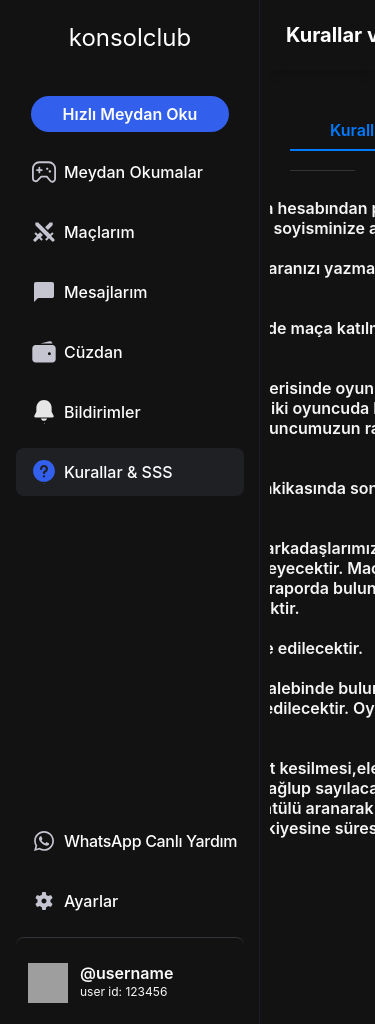
Repository: guneyhasan/kcfe
Page: /kurallar-ve-sss
These files come from the project's save history. The page is drawn as it stood at one moment and after the next save; the edit follows.
The browser window is 375 px wide. The pictures show the whole page.
Pictures or frames that could not be fetched are drawn as grey boxes. The project was rebuilt for these pictures with package versions that can differ from the ones it lists, and the page was loaded fresh each time. Also part of the build but not shown: src/utils/imageCompression.js, src/services/api.js, src/Pages/LandingPage/LandingPage.jsx, src/Pages/RegisterPage/RegisterPage.jsx, src/Pages/PasswordPages/ForgotPasswordPage/ForgotPasswordPage.jsx, src/Pages/PasswordPages/SetNewPasswordPage/SetNewPasswordPage.jsx, src/Pages/PasswordPages/PasswordResetPage/PasswordResetSuccesfulPage.jsx, src/Pages/EmailConfirmationPage/EmailConfirmationPage.jsx and 17 more.

Above is the page before, as saved 2025-03-09 09:39:13.

### src/App.jsx
import { BrowserRouter as Router, Routes, Route, Navigate } from 'react-router-dom';
import { GoogleOAuthProvider } from '@react-oauth/google';
import LandingPage from './Pages/LandingPage/LandingPage';
import RegisterPage from './Pages/RegisterPage/RegisterPage';
import ForgotPasswordPage from './Pages/PasswordPages/ForgotPasswordPage/ForgotPasswordPage';
import SetNewPasswordPage from './Pages/PasswordPages/SetNewPasswordPage/SetNewPasswordPage';
import PasswordResetSuccesfulPage from './Pages/PasswordPages/PasswordResetPage/PasswordResetSuccesfulPage';
import EmailConfirmationPage from './Pages/EmailConfirmationPage/EmailConfirmationPage';
import MainDashboard from './Pages/MainDashboard/MainDashboard';
import MeydanOkumalar from './Pages/MeydanOkumalar/MeydanOkumalar';
import PrivateRoute from './components/PrivateRoute';
import MatchesPage from './Pages/Matches/Matches';
import SalonPage from './Pages/SalonPage/Salon';
import HizliMeydanOkuPage from './Pages/HizliMeydanOkuPage/HizliMeydanOku';
import RulesAndFAQPage from './Pages/RulesAndFAQPage/RulesAndFAQPage';
import { ToastContainer } from 'react-toastify';
import 'react-toastify/dist/ReactToastify.css';

function App() {
  // Google Cloud Console'dan aldığınız Client ID'yi buraya ekleyin
  const GOOGLE_CLIENT_ID = "YOUR_GOOGLE_CLIENT_ID";

  return (
    <div>
      <ToastContainer position="top-right" autoClose={3000} />
      <GoogleOAuthProvider clientId={GOOGLE_CLIENT_ID}>
        <Router>
          <Routes>
            {/* Ana sayfa yönlendirmesi */}
            <Route path="/" element={<LandingPage/>} />
            <Route path="/salon" element={<SalonPage/>} />

            {/* Diğer sayfalar */}
            <Route path="/register" element={<RegisterPage />} />
            <Route path="/forgot-password" element={<ForgotPasswordPage />} />
            <Route path="/reset-password" element={<SetNewPasswordPage />} />
            <Route path="/reset-success" element={<PasswordResetSuccesfulPage />} />
            <Route path="/email-confirmation" element={<EmailConfirmationPage />} />
            <Route path="/dashboard" element={<MainDashboard />} />
            <Route path="/meydanokumalar" element={
              <PrivateRoute>
                <MeydanOkumalar />
              </PrivateRoute>
            } />
            <Route path="/matches" element={
              <PrivateRoute>
                <MatchesPage />
              </PrivateRoute>
            } />
            <Route path="/salon/:matchId" element={
              <PrivateRoute>
                <SalonPage />
              </PrivateRoute>
            } />
            <Route path="/hizlimeydanoku" element={
              <PrivateRoute>
                <HizliMeydanOkuPage />
              </PrivateRoute>
            } />
            <Route path="/kurallar-ve-sss" element={<RulesAndFAQPage />} />
          </Routes>
        </Router>
      </GoogleOAuthProvider>
    </div>
  );
}

export default App;

### src/Pages/PasswordPages/PasswordResetPage/PasswordResetSuccesfulPage.module.css
/* Apply Inter font to all elements */
* {
    font-family: 'Inter', sans-serif;
    font-weight: 400; /* Regular weight */
}

/* Font weight helpers */
.fontWeight500 {
    font-weight: 500 !important;
}

.fontWeight600 {
    font-weight: 600 !important;
}

.fontWeight700 {
    font-weight: 700 !important;
}

/* Elements that need specific font weights */
.text,
.text2,
.loginButton,
.signupHeaderButton {
    font-weight: 600;
}

.loginHeaderButton {
    font-weight: 500;
}

.vectorIcon {
    width: 120px;
    position: relative;
    height: 18px;
}
.logoSvg {
    height: 36px;
    overflow: hidden;
    display: flex;
    flex-direction: column;
    align-items: flex-start;
    justify-content: center;
    padding: 0px 10px;
    box-sizing: border-box;
    cursor: pointer;
}
.text {
    position: relative;
    line-height: 24px;
}
.buttonBase {
    border-radius: 8px;
    overflow: hidden;
    display: flex;
    flex-direction: row;
    align-items: center;
    justify-content: center;
    padding: 10px 18px;
}
.textButton {
    border-radius: 8px;
    display: flex;
    flex-direction: row;
    align-items: flex-start;
    justify-content: flex-start;
}
.buttonBase1 {
    box-shadow: 0px 1px 2px rgba(10, 13, 18, 0.05);
    border-radius: 8px;
    background-color: #325feb;
    overflow: hidden;
    display: flex;
    flex-direction: row;
    align-items: center;
    justify-content: center;
    padding: 10px 18px;
}
.textButtonParent {
    display: flex;
    flex-direction: row;
    align-items: center;
    justify-content: flex-start;
    gap: 10px;
}
.landingPageHeader {
    width: 1440px;
    background-color: #121212;
    height: 80px;
    display: flex;
    flex-direction: row;
    align-items: center;
    justify-content: space-between;
    padding: 20px;
    box-sizing: border-box;
}
.image1Icon {
    width: 74px;
    position: relative;
    border-radius: 20px;
    height: 74px;
    object-fit: cover;
}
.text2 {
    align-self: stretch;
    position: relative;
    line-height: 38px;
}
.textAndSupportingText {
    align-self: stretch;
    display: flex;
    flex-direction: column;
    align-items: flex-start;
    justify-content: flex-start;
}
.header {
    align-self: stretch;
    display: flex;
    flex-direction: column;
    align-items: center;
    justify-content: flex-start;
    gap: 24px;
}
.buttonBase2 {
    flex: 1;
    box-shadow: 0px 1px 2px rgba(10, 13, 18, 0.05);
    border-radius: 8px;
    background-color: #325feb;
    overflow: hidden;
    display: flex;
    flex-direction: row;
    align-items: center;
    justify-content: center;
    padding: 10px 18px;
}
.buttonL1 {
    align-self: stretch;
    border-radius: 8px;
    display: flex;
    flex-direction: row;
    align-items: flex-start;
    justify-content: flex-start;
}
.content1 {
    align-self: stretch;
    border-radius: 12px;
    display: flex;
    flex-direction: column;
    align-items: center;
    justify-content: flex-start;
    text-align: left;
    font-size: 16px;
    color: #fff;
}
.content {
    width: 400px;
    border-radius: 16px;
    background-color: rgba(1, 1, 1, 0.8);
    border: 1px solid #414651;
    box-sizing: border-box;
    display: flex;
    flex-direction: column;
    align-items: center;
    justify-content: flex-start;
    padding: 24px;
    gap: 32px;
}
.container {
    width: 1200px;
    overflow: hidden;
    display: flex;
    flex-direction: row;
    align-items: flex-start;
    justify-content: center;
    padding: 50px 0px;
    box-sizing: border-box;
    z-index: 0;
}
.section1Child {
    width: 711px;
    position: absolute;
    margin: 0 !important;
    top: 382px;
    left: 949.5px;
    filter: blur(200px);
    border-radius: 50%;
    background-color: rgba(0, 71, 255, 0.25);
    height: 711px;
    z-index: 1;
}
.section1 {
    width: 1437px;
    flex: 1;
    background-color: #000;
    display: flex;
    flex-direction: column;
    align-items: flex-start;
    justify-content: flex-start;
    padding: 50px 119px 100px;
    box-sizing: border-box;
    position: relative;
    gap: 10px;
    text-align: center;
    font-size: 30px;
    color: #fafafa;
}
.ifremiUnuttum {
    width: 100%;
    position: relative;
    background-color: #121212;
    height: 806px;
    overflow: hidden;
    display: flex;
    flex-direction: column;
    align-items: center;
    justify-content: flex-start;
    text-align: left;
    font-size: 16px;
    color: #fff;
}
.loginHeaderButton {
    background: transparent;
    border: none;
    color: white;
    font-size: 16px;
    cursor: pointer;
    padding: 8px 16px;
    transition: all 0.2s;
}
.loginHeaderButton:hover {
    opacity: 0.8;
    text-decoration: underline;
}
.signupHeaderButton {
    background: rgb(37, 99, 235);
    border: none;
    color: white;
    font-size: 16px;
    cursor: pointer;
    padding: 18px 24px;
    border-radius: 8px;
    transition: all 0.2s;
}
.signupHeaderButton:hover {
    background: rgb(29, 78, 216);
}
.loginButton {
    width: 100%;
    padding: 20px;
    background: rgb(37, 99, 235);
    color: white;
    border: none;
    border-radius: 8px;
    font-size: 16px;
    cursor: pointer;
    display: flex;
    align-items: center;
    justify-content: center;
    transition: background-color 0.2s;
}
.loginButton:hover {
    background: rgb(29, 78, 216);
}
.loginButton:disabled {
    background: rgba(37, 99, 235, 0.5);
    cursor: not-allowed;
}

### src/Pages/MainDashboard/MainDashboard.module.css
/* Apply Inter font to all elements */
* {
    font-family: 'Inter', sans-serif;
    font-weight: 400; /* Regular weight */
}

/* Font weight helpers */
.fontWeight500 {
    font-weight: 500 !important;
}

.fontWeight600 {
    font-weight: 600 !important;
}

.fontWeight700 {
    font-weight: 700 !important;
}

/* Elements that need specific font weights */
h1, h3 {
    font-weight: 600;
}

.username, .logoutButton {
    font-weight: 500;
}

.statCard p {
    font-weight: 600;
}

.dashboard {
    min-height: 100vh;
    background-color: #1a1a1a;
    color: white;
}

.header {
    display: flex;
    justify-content: space-between;
    align-items: center;
    padding: 1rem 2rem;
    background-color: #2a2a2a;
    box-shadow: 0 2px 4px rgba(0, 0, 0, 0.2);
}

.logo {
    height: 40px;
}

.userSection {
    display: flex;
    align-items: center;
    gap: 1rem;
}

.logoutButton {
    padding: 0.5rem 1rem;
    background-color: #ff4d4f;
    color: white;
    border: none;
    border-radius: 4px;
    cursor: pointer;
    transition: background-color 0.3s;
}

.logoutButton:hover {
    background-color: #ff7875;
}

.content {
    padding: 2rem;
    max-width: 1200px;
    margin: 0 auto;
}

.welcomeCard {
    background-color: #2a2a2a;
    padding: 2rem;
    border-radius: 8px;
    margin-bottom: 2rem;
    text-align: center;
}

.statsContainer {
    display: grid;
    grid-template-columns: repeat(auto-fit, minmax(250px, 1fr));
    gap: 1rem;
}

.statCard {
    background-color: #2a2a2a;
    padding: 1.5rem;
    border-radius: 8px;
    text-align: center;
}

.statCard h3 {
    color: #888;
    margin-bottom: 0.5rem;
}

.statCard p {
    font-size: 1.5rem;
    color: #fff;
}

.username {
    color: #fff;
    font-size: 1rem;
}

### src/Pages/PageHeader/PageHeader.jsx
import React, { useEffect, useState } from 'react';
import styles from './PageHeader.module.css';
import { useNavigate } from 'react-router-dom';

function PageHeader({
  onButonContainerClick,
  headerTitle = "Oyunlar"
}) {
  const navigate = useNavigate();
  const [userData, setUserData] = useState({
    username: "@username",
    avatarSrc: "avatar.png",
    bakiye: "- TL"
  });

  useEffect(() => {
    // Kullanıcı bilgilerini localStorage'dan al
    const user = JSON.parse(localStorage.getItem('user') || '{}');
    if (user) {
      setUserData({
        username: user.username || "@username",
        avatarSrc: user.avatarUrl || "avatar.png",
        bakiye: user.balance ? `${user.balance} TL` : "- TL"
      });
    }
  }, []);

  const handleProfileClick = () => {
    if (onButonContainerClick) {
      onButonContainerClick();
    } else {
      // Profil sayfasına yönlendir
      navigate('/dashboard');
    }
  };

  return (
    <div className={styles.landingPageHeader}>
      <div className={styles.oyunlarWrapper}>
        <b className={styles.logo}>{headerTitle}</b>
      </div>
      <div className={styles.frameParent}>
        <div
          className={styles.bakiye250TlWrapper}
          onClick={handleProfileClick}
        >
          <div className={styles.bakiye250Tl}>Bakiye: {userData.bakiye}</div>
        </div>
        <div
          className={styles.userTopBar}
          onClick={handleProfileClick}
        >
          <img
            className={styles.avatarIcon}
            alt=""
            src={userData.avatarSrc}
          />
          <div className={styles.username1}>{userData.username}</div>
        </div>
      </div>
    </div>
  );
}

export default PageHeader;

### src/Pages/SideBar/Sidebar.module.css
.navLinkssidebarOne {
    width: 260px;
    background-color: #121212;
    border-right: 1px solid #181d27;
    box-sizing: border-box;
    height: 1024px;
    overflow: hidden;
    flex-shrink: 0;
    display: flex;
    flex-direction: row;
    align-items: center;
    justify-content: flex-start;
    padding: 0px 16px;
}

.topContentParent {
    flex: 1;
    display: flex;
    flex-direction: column;
    align-items: center;
    justify-content: flex-start;
    gap: 288px;
}

.topContent {
    align-self: stretch;
    height: 532px;
    display: flex;
    flex-direction: column;
    align-items: center;
    justify-content: flex-start;
    padding: 26px 0px 0px;
    box-sizing: border-box;
    gap: 44px;
}

.logo {
    position: relative;
}

.butonParent {
    height: 421px;
    display: flex;
    flex-direction: column;
    align-items: center;
    justify-content: flex-start;
    gap: 16px;
    font-size: 16px;
    color: #f5f5f5;
    font-family: Inter;
}

.buton {
    border-radius: 100px;
    background:  #325feb;
    display: flex;
    flex-direction: row;
    align-items: center;
    justify-content: center;
    padding: 8px 32px;
    cursor: pointer;
}

.hzlMeydanOku {
    position: relative;
    font-weight: 600;
    color: #fdfdfd;
}

.navLinks {
    display: flex;
    flex-direction: column;
    align-items: flex-start;
    justify-content: flex-start;
    gap: 12px;
    color: #c4c5d0;
}

.navLinks1 {
    width: 228px;
    position: relative;
    border-radius: 8px;
    background-color: #1e2024;
    height: 48px;
    overflow: hidden;
    flex-shrink: 0;
    color: #fdfdfd;
    font-size: 16px;
    border: none;
    outline: none;
    -webkit-appearance: none;
    -moz-appearance: none;
    appearance: none;
}

.navLinks2 {
    width: 228px;
    position: relative;
    border-radius: 8px;
    background-color: #121212;
    height: 48px;
    overflow: hidden;
    flex-shrink: 0;
    color: #fdfdfd;
    font-size: 16px;
    cursor: pointer;
    border: none;
    outline: none;
    -webkit-appearance: none;
    -moz-appearance: none;
    appearance: none;
}

.proiconsgamedefault {
    position: absolute;
    top: 12px;
    left: 16px;
    width: 24px;
    height: 24px;
    overflow: hidden;
}

.malarm {
    position: absolute;
    top: 14px;
    left: 48px;
    font-weight: 500;
}

.mdimessageIcon {
    position: absolute;
    top: 12px;
    left: 16px;
    width: 24px;
    height: 24px;
}

.navLinksParent {
    align-self: stretch;
    height: 210px;
    overflow: hidden;
    flex-shrink: 0;
    display: flex;
    flex-direction: column;
    align-items: flex-start;
    justify-content: flex-start;
    gap: 12px;
    font-size: 16px;
    color: #c4c5d0;
    font-family: Inter;
}

.navLinks7 {
    align-self: stretch;
    position: relative;
    border-radius: 8px;
    background-color: #121212;
    color: #fdfdfd;
    font-size: 16px;
    height: 48px;
    overflow: hidden;
    flex-shrink: 0;
    border: none;
    outline: none;
}

.navLinks7:hover {
    background-color: #2a2a2a;
}

.canlYardm {
    position: absolute;
    top: 14px;
    left: 48px;
    letter-spacing: -0.02em;
    font-weight: 500;
}

.navLinks9 {
    align-self: stretch;
    position: relative;
    border-radius: 8px;
    background-color: #121212;
    border-top: 1px solid #323339;
    box-sizing: border-box;
    height: 91px;
    overflow: hidden;
    flex-shrink: 0;
    color: #fafafa;
}

.userAvatar {
    position: absolute;
    top: 25px;
    left: 12px;
    display: flex;
    flex-direction: row;
    align-items: center;
    justify-content: flex-start;
    gap: 12px;
}

.avatarSingleIcon {
    width: 40px;
    position: relative;
    height: 40px;
    object-fit: cover;
}

.text {
    width: 132px;
    position: relative;
    height: 36px;
}

.username {
    position: absolute;
    top: 0px;
    left: 0px;
    line-height: 100%;
    font-weight: 600;
}

.userId123456 {
    position: absolute;
    top: 18px;
    left: 0px;
    font-size: 12px;
    line-height: 150%;
}
.navLinks1:hover,
.navLinks2:hover {
    background-color: #2a2a2a;
}

### src/Pages/PageHeader/PageHeader.module.css
.oyunlar {
  position: relative;
}
.oyunlarWrapper {
  min-width: 304px;
  width: auto;
  display: flex;
  flex-direction: row;
  align-items: center;
  justify-content: flex-start;
}
.bakiye250Tl {
  position: relative;
  line-height: 120%;
  font-weight: 600;
}
.bakiye250TlWrapper {
  border-radius: 10px;
  background-color: #0829ae;
  height: 48px;
  display: flex;
  flex-direction: row;
  align-items: center;
  justify-content: center;
  padding: 8px 16px;
  box-sizing: border-box;
  cursor: pointer;
  transition: background-color 0.3s;
}
.bakiye250TlWrapper:hover {
  background-color: #0622a0;
}
.avatarIcon {
  width: 48px;
  position: relative;
  border-radius: 50%;
  height: 48px;
  object-fit: cover;
  border: 2px solid #0829ae;
}
.username1 {
  width: 100px;
  position: relative;
  line-height: 120%;
  font-weight: 600;
  display: flex;
  align-items: center;
  flex-shrink: 0;
}
.userTopBar {
  display: flex;
  flex-direction: row;
  align-items: center;
  justify-content: center;
  gap: 8px;
  cursor: pointer;
  transition: opacity 0.3s;
}
.userTopBar:hover {
  opacity: 0.9;
}
.frameParent {
  display: flex;
  flex-direction: row;
  align-items: center;
  justify-content: flex-start;
  gap: 16px;
  text-align: right;
  font-size: 16px;
  color: #f2f5ff;
}
.landingPageHeader {
  width: 100%;
  position: relative;
  background-color: #121212;
  height: 80px;
  display: flex;
  flex-direction: row;
  align-items: center;
  justify-content: space-between;
  padding: 20px;
  box-sizing: border-box;
  text-align: left;
  font-size: 22px;
  color: #fff;
  font-family: Inter, sans-serif;
  box-shadow: 0 2px 10px rgba(0, 0, 0, 0.2);
}

.logo {
  position: relative;
  white-space: nowrap;
  font-size: 24px;
  color: #fff;
  font-weight: bold;
}

/* Responsive tasarım için medya sorguları */
@media screen and (max-width: 768px) {
  .landingPageHeader {
    padding: 16px;
    height: 70px;
  }

  .logo {
    font-size: 20px;
  }

  .bakiye250TlWrapper {
    height: 40px;
    padding: 6px 12px;
  }

  .avatarIcon {
    width: 40px;
    height: 40px;
  }

  .frameParent {
    gap: 10px;
  }
}

@media screen and (max-width: 480px) {
  .bakiye250Tl {
    font-size: 14px;
  }

  .username1 {
    width: 80px;
    font-size: 14px;
  }

  .oyunlarWrapper {
    min-width: auto;
  }
}

### src/Pages/MatchTable/MatchTable.module.css
/* Apply Inter font to all elements */
* {
    font-family: 'Inter', sans-serif;
    font-weight: 400; /* Regular weight */
}

/* Font weight helpers */
.fontWeight500 {
    font-weight: 500 !important;
}

.fontWeight600 {
    font-weight: 600 !important;
}

.fontWeight700 {
    font-weight: 700 !important;
}

/* Elements that need specific font weights */
.username, .headMeydanOkumalar, .istekGonder {
    font-weight: 600;
}

.kullaniciBilgi, .oyunBilgi, .katilimUcreti, .odul {
    font-weight: 500;
}

/* Tabloyu "Meydan Okumalar" başlığının hemen altından başlat */
.tabloMaTekliflerim {
  display: flex;
  flex-direction: column;
  width: 100%;
  background: #111;
  color: white;
  padding: 20px;
  border-radius: 8px;
  margin-top: 10px; /* Başlık ile arayı aç */
  font-size: 14px; /* Varsayılan font boyutu */
  max-height: 450px; /* Maksimum yüksekliği artırın */
  overflow-y: auto;
  -ms-overflow-style: none;  /* Internet Explorer ve Edge */
  scrollbar-width: none;  /* Firefox */
}

.tabloMaTekliflerim::-webkit-scrollbar {
  display: none; /* Webkit tabanlı tarayıcılarda kaydırma çubuğunu gizler */
}

/* Başlıkları (Kullanıcı, Oyun, Ödül vs.) düzelterek hizala */
.headMeydanOkumalar {
  display: flex;
  justify-content: space-between;
  align-items: center; /* Üst üste binmeyi önlemek için */
  padding: 10px;
  border-bottom: 2px solid #333;
  width: 100%;
  text-align: center;
  font-size: 14px; /* Başlık font boyutu */
}

/* Her sütunun eşit genişlikte olmasını sağla */
.kullaniciBilgi, .oyunBilgi, .katilimUcreti, .odul, .aksiyon {
  flex: 1;
  display: flex;
  align-items: center;
  justify-content: center;
  font-size: 14px; /* Hücre font boyutu */
}

/* Kullanıcı sütununa daha fazla alan ayır */
.kullaniciBilgi {
  flex: 1.5;
  justify-content: flex-start;
  padding-left: 10px;
}

/* Oyun sütununa daha fazla alan ayır */
.oyunBilgi {
  flex: 1.5;
}

/* Aksiyon sütunu için butonların görünmesini sağla */
.aksiyon {
  flex: 1;
}

/* Satırları yan yana sıralamak için */
.rowMeydanOkumalar {
  display: flex;
  flex-direction: row; /* Yatay hizalama */
  align-items: center;
  justify-content: space-between;
  padding: 10px;
  border-bottom: 1px solid #222;
  width: 100%;
  margin-bottom: 10px; /* Alt boşluk ekleyin */
  font-size: 14px; /* Satır font boyutu */
}

/* Kullanıcı bilgisi ve avatar */
.kullaniciBilgi {
  display: flex;
  flex-direction: row;
  align-items: center;
  gap: 10px;
}

/* Avatar resmi */
.avatar {
  width: 40px;
  height: 40px;
  border-radius: 50%;
  object-fit: cover;
}

/* Avatar icon - style that matches other components */
.avatarIcon {
  width: 40px;
  height: 40px;
  border-radius: 200px;
  object-fit: cover;
}

/* Oyun ve platform bilgisi */
.oyunPlatform {
  display: flex;
  flex-direction: row;
  align-items: center;
  gap: 8px;
  justify-content: center;
}

.gameNameSpan {
  color: white;
  font-weight: 500;
}

/* Platform bilgisi için mavi kutucuk */
.platformContainer {
  display: flex;
  align-items: center;
  background-color: #1D367799;
  padding: 6px 12px;
  border-radius: 25px;
}

/* Xbox platformu için özel arkaplan rengi */
.xboxContainer {
  background-color: #7BEB4736;
}

.platformContainer img {
  width: 20px;
  height: 20px;
  margin-right: 8px;
}

.platformContainer span {
  color: white;
  font-weight: 500;
}

/* Katılım ücreti ve ödül */
.katilimUcreti {
  font-weight: bold;
  color: white;
}

.odul {
  font-weight: bold;
  color: #60a408;
}

/* Buton */
.istekGonder {
  background:#325feb;
  color: white;
  padding: 8px 16px;
  border: none;
  border-radius: 5px;
  cursor: pointer;
  text-align: center;
  font-size: 14px; /* Buton font boyutu */
}

.istekGonder:hover {
  background: #1f3d96;
}

.istekGonderMobile {
    /* Mobil için daha küçük buton boyutlandırması */
    font-size: 0.75rem;
    padding: 4px 8px;
    width: auto;
    min-width: 70px;
    max-width: 90px;
}

@media (max-width: 480px) {
    .istekGonderMobile {
        font-size: 0.7rem;
        padding: 3px 6px;
        min-width: 60px;
        max-width: 80px;
    }
}

.oyunPlatformMobile {
    /* Mevcut stilleriniz */
    flex-direction: column;
    align-items: center; /* Merkeze hizalama */
    gap: 4px;
    text-align: center; /* Tüm metinleri ortala */
}

.oyunPlatformMobile .gameNameSpan {
    margin-bottom: 4px;
    display: block; /* Tam genişlikte olması için */
    width: 100%;
    text-align: center; /* Oyun adını ortala */
    font-size: 0.78rem; /* Increased from 0.65rem */
}

.oyunPlatformMobile .platformContainer {
    display: flex;
    justify-content: center; /* İçeriği yatayda ortala */
    align-items: center;
    margin-top: 2px;
    width: 100%; /* Tam genişlikte olması için */
}

.oyunPlatformMobile .platformContainer span {
    text-align: center; /* Platform adını ortala */
}

.oyunPlatformMobile .platformContainer img {
    /* Gerekirse resmi merkeze al */
    display: block;
    margin: 0 auto;
}

@media (max-width: 768px) {
  /* Add mobile-specific styling for platforms */
  .platformContainer img {
    width: 13px; /* Reduced by 35% from 20px */
    height: 13px; /* Reduced by 35% from 20px */
    margin-right: 5.2px; /* Reduced by 35% from 8px */
  }

  .platformContainer span {
    color: white;
    font-weight: 500;
    font-size: 0.65rem; /* Reduce text size for platform name by 35% */
  }

  .platformContainer {
    padding: 4px 7.8px; /* Reduced by 35% from 6px 12px */
  }
}

Loaded but not shown: public/index.html (common file); src/index.js (common file); src/index.css (common file); src/reportWebVitals.js (common file); src/Pages/RegisterPage/RegisterPage.module.css (3613 lines, source omitted); src/Pages/LandingPage/LandingPage.module.css (1661 lines, source omitted); src/Pages/MeydanOkumalar/MeydanOkumalar.module.css (1398 lines, source omitted); src/Pages/SalonPage/Salon.module.css (837 lines, source omitted); src/Pages/HizliMeydanOkuPage/HizliMeydanOku.module.css (563 lines, source omitted); src/Pages/RulesAndFAQPage/RulesAndFAQPage.jsx (123 lines, source omitted); src/Pages/PasswordPages/ForgotPasswordPage/ForgotPasswordPage.module.css (423 lines, source omitted); src/Pages/RulesAndFAQPage/RulesAndFAQPage.module.css (422 lines, source omitted); src/Pages/SideBar/Sidebar.jsx (170 lines, source omitted); src/Pages/EmailConfirmationPage/EmailConfirmationPage.module.css (398 lines, source omitted); src/Pages/PasswordPages/SetNewPasswordPage/SetNewPasswordPage.module.css (410 lines, source omitted)

After the next save:
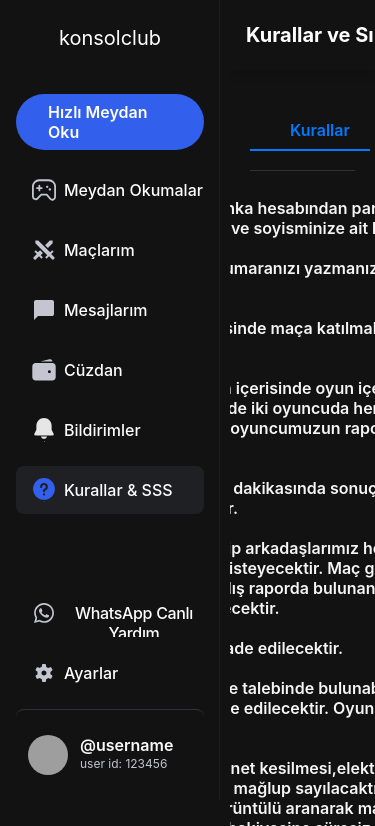
Saved 30 s later.
--- a/src/Pages/SideBar/Sidebar.module.css
+++ b/src/Pages/SideBar/Sidebar.module.css
@@ -3,7 +3,7 @@
     background-color: #121212;
     border-right: 1px solid #181d27;
     box-sizing: border-box;
-    height: 1024px;
+    height: 100vh;
     overflow: hidden;
     flex-shrink: 0;
     display: flex;
@@ -11,6 +11,8 @@
     align-items: center;
     justify-content: flex-start;
     padding: 0px 16px;
+    position: sticky;
+    top: 0;
 }
 
 .topContentParent {
@@ -18,13 +20,13 @@
     display: flex;
     flex-direction: column;
     align-items: center;
-    justify-content: flex-start;
-    gap: 288px;
+    justify-content: space-between;
+    height: 100%;
+    padding: 20px 0;
 }
 
 .topContent {
     align-self: stretch;
-    height: 532px;
     display: flex;
     flex-direction: column;
     align-items: center;
@@ -36,10 +38,11 @@
 
 .logo {
     position: relative;
+    font-size: 22px;
+    color: #ffffff;
 }
 
 .butonParent {
-    height: 421px;
     display: flex;
     flex-direction: column;
     align-items: center;
@@ -47,18 +50,23 @@
     gap: 16px;
     font-size: 16px;
     color: #f5f5f5;
-    font-family: Inter;
+    font-family: Inter, sans-serif;
 }
 
 .buton {
     border-radius: 100px;
-    background:  #325feb;
+    background: #325feb;
     display: flex;
     flex-direction: row;
     align-items: center;
     justify-content: center;
     padding: 8px 32px;
     cursor: pointer;
+    transition: background-color 0.3s;
+}
+
+.buton:hover {
+    background: #2a51d1;
 }
 
 .hzlMeydanOku {
@@ -91,6 +99,8 @@
     -webkit-appearance: none;
     -moz-appearance: none;
     appearance: none;
+    cursor: pointer;
+    transition: background-color 0.3s;
 }
 
 .navLinks2 {
@@ -109,6 +119,7 @@
     -webkit-appearance: none;
     -moz-appearance: none;
     appearance: none;
+    transition: background-color 0.3s;
 }
 
 .proiconsgamedefault {
@@ -137,7 +148,6 @@
 
 .navLinksParent {
     align-self: stretch;
-    height: 210px;
     overflow: hidden;
     flex-shrink: 0;
     display: flex;
@@ -147,7 +157,7 @@
     gap: 12px;
     font-size: 16px;
     color: #c4c5d0;
-    font-family: Inter;
+    font-family: Inter, sans-serif;
 }
 
 .navLinks7 {
@@ -162,6 +172,8 @@
     flex-shrink: 0;
     border: none;
     outline: none;
+    cursor: pointer;
+    transition: background-color 0.3s;
 }
 
 .navLinks7:hover {
@@ -205,6 +217,7 @@
     position: relative;
     height: 40px;
     object-fit: cover;
+    border-radius: 50%;
 }
 
 .text {
@@ -227,8 +240,37 @@
     left: 0px;
     font-size: 12px;
     line-height: 150%;
-}
+    color: #c4c5d0;
+}
+
 .navLinks1:hover,
 .navLinks2:hover {
     background-color: #2a2a2a;
 }
+
+/* Responsive tasarım için medya sorguları */
+@media screen and (max-width: 768px) {
+    .navLinkssidebarOne {
+        width: 240px;
+    }
+
+    .navLinks1,
+    .navLinks2 {
+        width: 208px;
+    }
+}
+
+@media screen and (max-width: 480px) {
+    .navLinkssidebarOne {
+        width: 220px;
+    }
+
+    .navLinks1,
+    .navLinks2 {
+        width: 188px;
+    }
+
+    .logo {
+        font-size: 20px;
+    }
+}
